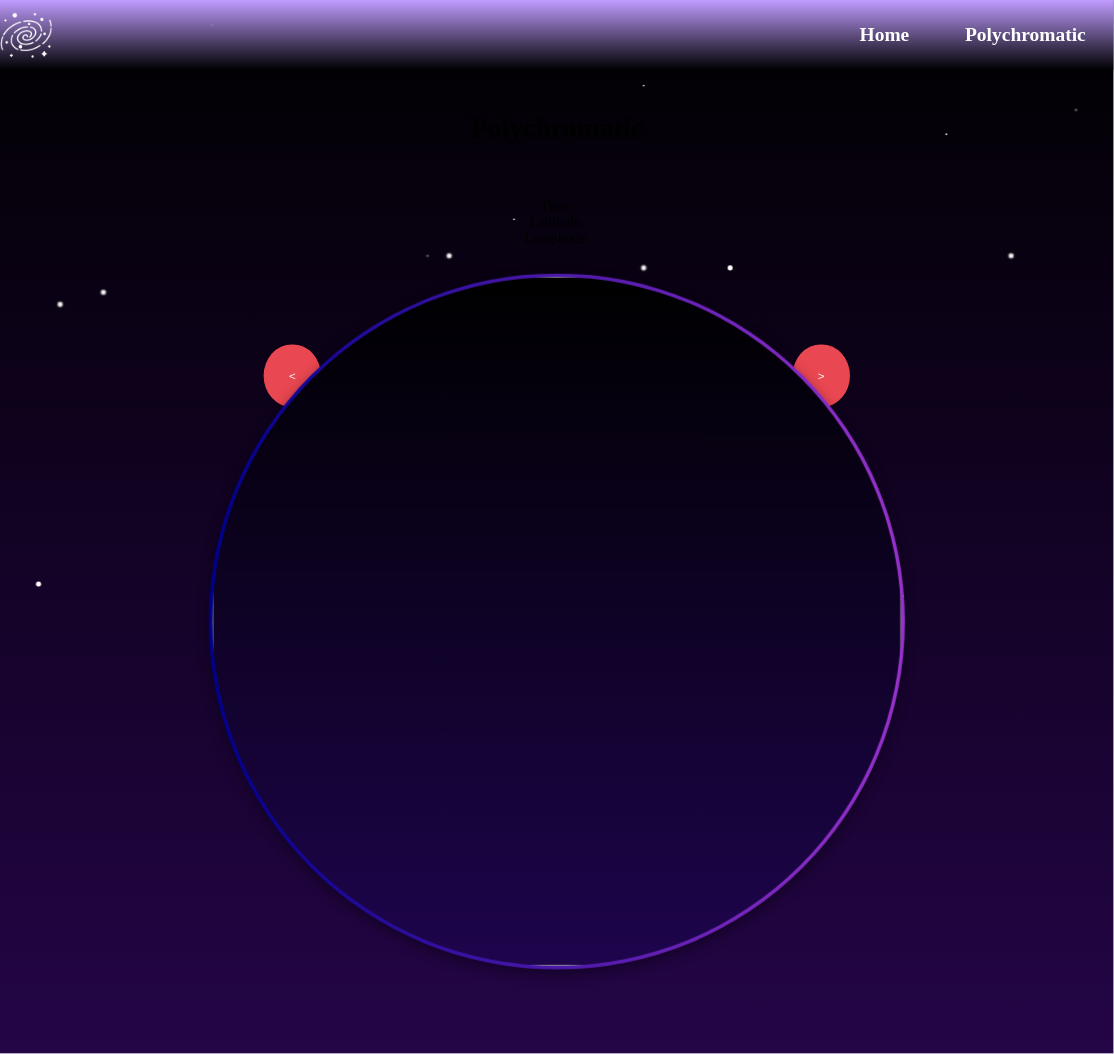
Repository: KayceeNguyen/DAI_W07_NASA
Page: /polychromatic
The author's editor kept a copy of each file at every save. The page is drawn from the files as they stood at one save, then again after the next save.
The browser window is 1280 px wide. The pictures show the whole page, at 87% of full size.
The page's requests for data from a server got no answer. The project was rebuilt for these pictures with package versions that can differ from the ones it lists, and the page was loaded fresh each time. The framework's server and built-in components were replaced by stand-ins that run in the browser. No one was signed in, and anything a server would have sent is missing. Also part of the build but not shown: next.config.js.

Above is the page before, as saved 2023-02-17 01:35:08.

### pages/polychromatic.js
import { useEffect, useState } from "react"
import axios from "axios";
import Image from "next/image";
import styles from '@/styles/Home.module.css'
import HeaderBar from '@/comps/header'
import Galaxy from '@/comps/galaxy'
import Head from 'next/head'

export default function Polychromatic() {

    const [image, setImage] = useState([]);
    const [images, setImages] = useState([]);
    const [time, setTime] = useState([]);
    const [date, setDate] = useState('');
    const [coords, setCoords] = useState({})

    const [active, setActive] = useState(false);

    const [currentIndex, setCurrentIndex] = useState(0);

    const apiKey = "qO706hvtrjKPLwTwuCZ9XYxHnUPvhtQHSM6Ncmu8";
    const url = `https://epic.gsfc.nasa.gov/api/natural?api_key=${apiKey}`

    const getPolychromaticData = async () => {
        const res = await axios.get(url);
        const data = await res.data;
        console.log(data)

        const caption = data[currentIndex].caption;
        const date = data[currentIndex].date.split(" ")[0];


        const date_formatted = date.replaceAll("-","/")
        console.log(date_formatted);

        let times = [];
        let images = [];

    for (let i = 0; i < data.length; i++) {
    let time = data[i].date.split(" ")[1];
    let coords = data[i].centroid_coordinates;
    let imagePath = data[i].image;
    let image = `https://epic.gsfc.nasa.gov/archive/natural/${date_formatted}/png/${imagePath}.png`;

    times.push(time);

    images.push({
        image: image,
        time: time,
        coords: coords,
        caption: caption
    });
}

    setImages(images);
    setTime(times[0]);
    setCoords([images[0].coords.lat, images[0].coords.lon]);
    setImage(images[currentIndex]);

}

    useEffect(() => {
        getPolychromaticData();
    }, [currentIndex]);

    const nextImage = () => {
        setCurrentIndex((currentIndex + 1) % images.length);
    };

    const prevImage = () => {
        setCurrentIndex(
          currentIndex === 0 ? images.length - 1 : currentIndex - 1
        );
    };

    const handleImageLoad = () => {
        setActive(true);
      }

    return(
        <>

        <Head>
          <title>NASA TechPort & EPIC API</title>
          <meta name="description" content="The website showcases NASA's technologies using the TechPort and PIC API and offers daily full disc imagery of the Earth and unique astronomical events. Users can discover the technologies NASA is developing in propulsion, nanotechnology, robotics, and human health while enjoying stunning images of the universe." />
          <meta name="viewport" content="width=device-width, initial-scale=1" />
          <link rel="icon" href="/galaxy.png" />
        </Head>

            <HeaderBar />

            <Galaxy />



            <main className={styles.main}>
                <h1>Polychromatic</h1>
                <div className={styles.arrowContainer}>
                        <button className={styles.arrow} onClick={prevImage}>
                            &lt;
                        </button>
                        <button className={styles.arrow} onClick={nextImage}>
                            &gt;
                        </button>
                    </div>
                <div className={styles.bigEarthContainer}>
                    <div className={styles.bigEarthText}>
                        <div>Time: {image.time}</div>
                        <div>Latiitude: {coords[0]}</div>
                        <div>Longtitude: {coords[1]}</div>
                    </div>

                    <Image
                        src={image.image}
                        alt={image.caption}
                        width={800}
                        height={800}
                        className={`${styles.earthImage} ${active ? styles.active : ''}`}
                        onLoad={handleImageLoad}

                    />

                    {/* <div onClick={nextImage} className={styles.arrow}>
                        {">"}
                    </div> */}

                </div>




                {/* <table>
                    <thead>
                        <tr>
                            <th>Time</th>
                            <th>Latitude</th>
                            <th>Longtitude</th>
                            <th>Image</th>
                            <th></th>
                        </tr>
                    </thead>

                    <tbody>
                        {
                            images.map((e, i) => {
                                return (
                                    <tr key={i}>
                                        <td>{e.time}</td>
                                        <td>{e.coords.lat}</td>
                                        <td>{e.coords.lon}</td>
                                        <td>
                                            <Image
                                                src={e.image}
                                                alt={i}
                                                width={200}
                                                height={200}
                                            />
                                        </td>

                                        <td>
                                            <button onClick={() => {
                                                setImage(e.image)
                                                setTime(e.time)
                                                setCoords([e.coords.lat, e.coords.lon])
                                                console.log(image[i].image)
                                                document.body.scrollIntoView();

                                            }}>View</button>
                                        </td>
                                    </tr>
                                )
                            })
                        }
                    </tbody>
                </table> */}
            </main>
        </>
    )
}

### styles/Home.module.css
.main {
  display: flex;
  flex-direction: column;
  justify-content: space-between;
  align-items: center;
  padding: 6rem;
  min-height: 100vh;
  background: linear-gradient(180deg, rgb(0, 0, 0) 0%, rgb(36, 5, 71) 100%);
  animation: Gradient 10s ease infinite; /* Animate the gradient */
  -webkit-animation: Gradient 8s ease infinite;
	-moz-animation: Gradient 8s ease infinite;
}

@-webkit-keyframes Gradient {
  0%{background-position:0% 50%}
  50%{background-position:100% 50%}
  100%{background-position:0% 50%}
}
@-moz-keyframes Gradient {
  0%{background-position:0% 50%}
  50%{background-position:100% 50%}
  100%{background-position:0% 50%}
}
@keyframes Gradient {
  0%{background-position:0% 50%}
  50%{background-position:100% 50%}
  100%{background-position:0% 50%}
}

.description {
  display: inherit;
  justify-content: inherit;
  align-items: inherit;
  font-size: 0.85rem;
  max-width: var(--max-width);
  width: 100%;
  z-index: 2;
  font-family: var(--font-mono);
}

.description a {
  display: flex;
  justify-content: center;
  align-items: center;
  gap: 0.5rem;
}

.description p {
  position: relative;
  margin: 0;
  padding: 1rem;
  background-color: rgba(var(--callout-rgb), 0.5);
  border: 1px solid rgba(var(--callout-border-rgb), 0.3);
  border-radius: var(--border-radius);
}

.code {
  font-weight: 700;
  font-family: var(--font-mono);
}

.grid {
  display: grid;
  grid-template-columns: repeat(4, minmax(25%, auto));
  width: var(--max-width);
  max-width: 100%;
}

.card {
  padding: 1rem 1.2rem;
  border-radius: var(--border-radius);
  background: rgba(var(--card-rgb), 0);
  border: 1px solid rgba(var(--card-border-rgb), 0);
  transition: background 200ms, border 200ms;
}

.card span {
  display: inline-block;
  transition: transform 200ms;
}

.card h2 {
  font-weight: 600;
  margin-bottom: 0.7rem;
}

.card p {
  margin: 0;
  opacity: 0.6;
  font-size: 0.9rem;
  line-height: 1.5;
  max-width: 30ch;
}

.center {
  display: flex;
  justify-content: center;
  align-items: center;
  position: relative;
  padding: 4rem 0;
}

.center::before {
  background: var(--secondary-glow);
  border-radius: 50%;
  width: 480px;
  height: 360px;
  margin-left: -400px;
}

.center::after {
  background: var(--primary-glow);
  width: 240px;
  height: 180px;
  z-index: -1;
}

.center::before,
.center::after {
  content: '';
  left: 50%;
  position: absolute;
  filter: blur(45px);
  transform: translateZ(0);
}

.logo,
.thirteen {
  position: relative;
}

.thirteen {
  display: flex;
  justify-content: center;
  align-items: center;
  width: 75px;
  height: 75px;
  padding: 25px 10px;
  margin-left: 16px;
  transform: translateZ(0);
  border-radius: var(--border-radius);
  overflow: hidden;
  box-shadow: 0px 2px 8px -1px #0000001a;
}

.thirteen::before,
.thirteen::after {
  content: '';
  position: absolute;
  z-index: -1;
}

/* Conic Gradient Animation */
.thirteen::before {
  animation: 6s rotate linear infinite;
  width: 200%;
  height: 200%;
  background: var(--tile-border);
}

/* Inner Square */
.thirteen::after {
  inset: 0;
  padding: 1px;
  border-radius: var(--border-radius);
  background: linear-gradient(
    to bottom right,
    rgba(var(--tile-start-rgb), 1),
    rgba(var(--tile-end-rgb), 1)
  );
  background-clip: content-box;
}

/* Enable hover only on non-touch devices */
@media (hover: hover) and (pointer: fine) {
  .card:hover {
    background: rgba(var(--card-rgb), 0.1);
    border: 1px solid rgba(var(--card-border-rgb), 0.15);
  }

  .card:hover span {
    transform: translateX(4px);
  }
}

@media (prefers-reduced-motion) {
  .thirteen::before {
    animation: none;
  }

  .card:hover span {
    transform: none;
  }
}

/* Mobile */
@media (max-width: 700px) {
  .content {
    padding: 4rem;
  }

  .grid {
    grid-template-columns: 1fr;
    margin-bottom: 120px;
    max-width: 320px;
    text-align: center;
  }

  .card {
    padding: 1rem 2.5rem;
  }

  .card h2 {
    margin-bottom: 0.5rem;
  }

  .center {
    padding: 8rem 0 6rem;
  }

  .center::before {
    transform: none;
    height: 300px;
  }

  .description {
    font-size: 0.8rem;
  }

  .description a {
    padding: 1rem;
  }

  .description p,
  .description div {
    display: flex;
    justify-content: center;
    position: fixed;
    width: 100%;
  }

  .description p {
    align-items: center;
    inset: 0 0 auto;
    padding: 2rem 1rem 1.4rem;
    border-radius: 0;
    border: none;
    border-bottom: 1px solid rgba(var(--callout-border-rgb), 0.25);
    background: linear-gradient(
      to bottom,
      rgba(var(--background-start-rgb), 1),
      rgba(var(--callout-rgb), 0.5)
    );
    background-clip: padding-box;
    backdrop-filter: blur(24px);
  }

  .description div {
    align-items: flex-end;
    pointer-events: none;
    inset: auto 0 0;
    padding: 2rem;
    height: 200px;
    background: linear-gradient(
      to bottom,
      transparent 0%,
      rgb(var(--background-end-rgb)) 40%
    );
    z-index: 1;
  }
}

/* Tablet and Smaller Desktop */
@media (min-width: 701px) and (max-width: 1120px) {
  .grid {
    grid-template-columns: repeat(2, 50%);
  }
}

@media (prefers-color-scheme: dark) {
  .vercelLogo {
    filter: invert(1);
  }

  .logo,
  .thirteen img {
    filter: invert(1) drop-shadow(0 0 0.3rem #ffffff70);
  }
}

@keyframes rotate {
  from {
    transform: rotate(360deg);
  }
  to {
    transform: rotate(0deg);
  }
}






/**************** HEADER STYLING ****************/



.header {
  position: fixed;
  z-index: 1;
  width: 100vw;
  display: flex;
  justify-content: center;
  align-items: center;
  height: 5rem;
  background: linear-gradient(180deg, rgb(191, 156, 255) 0%, rgba(0, 0, 0, 0.5) 100%);
  box-shadow: 0 2px 4px rgba(0, 0, 0, 0.1);
}

.headerIcon {
  filter: brightness(0) invert(1);
}

.nav {
  display: flex;
  justify-content: space-between;
  align-items: center;
  width: 100%;
  max-width: 80rem;
}

.navList {
  display: flex;
  list-style: none;
  margin: 0;
  padding: 0;
}

.navItem {
  margin-right: 2rem;
  margin-left: 2em;
}

/* .navItem > a > div.navLink:active {
  text-decoration: underline;
} */

.navLink {
  font-size: 1.4rem;
  font-weight: 600;
  color: #ffffff;
  text-decoration: none;
  transition: color 0.2s;
}

.navLink:hover {
  color: #fff644;
}




/**************** MAIN STYLING ****************/




.main {
  display: flex;
  flex-direction: column;
  justify-content: center;
  align-items: center;
  justify-items: center;
}




.main > h1 {
  padding: 1em 2em 2em 2em;
}

.bigCont {
  text-align: center;
}


/**************** CAROUSEL STYLING ****************/


.carousel {
  display: flex;
  justify-content: center;
  align-items: center;
  width: 100%;
  max-width: 800px;
  margin: 0 auto;
}

.carouselArrow {
  font-size: 2rem;
  color: rgb(255, 255, 255);
  cursor: pointer;
  background-color:transparent;
  border: 2px solid rgb(255, 255, 255, 1);
  width: 50px;
  height: 50px;
  border-radius: 50%;
  display: inline-flex;
  align-items: center;
  justify-content: center;
}

.carouselArrow:hover {
  color: rgb(31, 0, 54);
  box-shadow: 0 4px 6px rgba(255, 255, 255, 0.6);
  background-color:rgba(255, 255, 255, 0.8) ;
  transition: all 0.2s ease;
}

.carouselArrow:hover:after {
  left: 0;
  width: 100%;
}

.carouselArrow:active {
  top: 20px;
}

.carouselImageContainer {
  margin: 0 2rem;
  width: 400px;
  height: 400px;
  position: relative;
}

.carouselImageContainer img {
  position: absolute;
  top: 0;
  left: 0;
  width: 100%;
  height: 100%;
  object-fit: contain;
}

.imageCont {
  position: absolute;
  top: 0;
  opacity: 0.4;
  width: 100%;
  height: 100%;
  transition: opacity 1.5s ease;
}

.imageCont.active {
  opacity: 1;
}


/* @keyframes slide {
  100% { left: 0; }
}

@keyframes slide-in {
  100% { transform: translateX(0%); }
}

@-webkit-keyframes slide-in {
  100% { -webkit-transform: translateX(0%); }
}

@keyframes slide-out {
  0% { transform: translateX(0%); }
  100% { transform: translateX(-100%); }
}

@-webkit-keyframes slide-out {
  0% { -webkit-transform: translateX(0%); }
  100% { -webkit-transform: translateX(-100%); }
} */


/**************** GALAXY BG STYLING ****************/




.galaxyCont {
  width: 100vw;
  height: 100%;
  display: flex;
  justify-content: center;
  align-items: center;
}


.galaxy {

  position: fixed;
  height: 1px;
  width: 1px;
  background-color: #fff;
  border-radius: 50%;
  box-shadow: -42vw -4vh 0px 0px #fff,25vw -41vh 0px 0px #fff,-20vw 49vh 0px 1px #fff,5vw 40vh 1px 1px #fff,29vw 19vh 1px 0px #fff,-44vw -13vh 0px 0px #fff,46vw 41vh 0px 1px #fff,-3vw -45vh 0px 1px #fff,47vw 35vh 1px 0px #fff,12vw -8vh 1px 0px #fff,-34vw 48vh 1px 1px #fff,32vw 26vh 1px 1px #fff,32vw -41vh 1px 1px #fff,0vw 37vh 1px 1px #fff,34vw -26vh 1px 0px #fff,-14vw -49vh 1px 0px #fff,-12vw 45vh 0px 1px #fff,-44vw -33vh 0px 1px #fff,-13vw 41vh 0px 0px #fff,-36vw -11vh 0px 1px #fff,-23vw -24vh 1px 0px #fff,-38vw -27vh 0px 1px #fff,16vw -19vh 0px 0px #fff,28vw 33vh 1px 0px #fff,-49vw -4vh 0px 0px #fff,16vw 32vh 0px 1px #fff,36vw -18vh 1px 0px #fff,-25vw -30vh 1px 0px #fff,-23vw 24vh 0px 1px #fff,-2vw -35vh 1px 1px #fff,-25vw 9vh 0px 0px #fff,-15vw -34vh 0px 0px #fff,-8vw -19vh 1px 0px #fff,-20vw -20vh 1px 1px #fff,42vw 50vh 0px 1px #fff,-32vw 10vh 1px 0px #fff,-23vw -17vh 0px 0px #fff,44vw 15vh 1px 0px #fff,-40vw 33vh 1px 1px #fff,-43vw 8vh 0px 0px #fff,-48vw -15vh 1px 1px #fff,-24vw 17vh 0px 0px #fff,-31vw 50vh 1px 0px #fff,36vw -38vh 0px 1px #fff,-7vw 48vh 0px 0px #fff,15vw -32vh 0px 0px #fff,29vw -41vh 0px 0px #fff,2vw 37vh 1px 0px #fff,7vw -40vh 1px 1px #fff,15vw 18vh 0px 0px #fff,25vw -13vh 1px 1px #fff,-46vw -12vh 1px 1px #fff,-18vw 22vh 0px 0px #fff,23vw -9vh 1px 0px #fff,50vw 12vh 0px 1px #fff,45vw 2vh 0px 0px #fff,14vw -48vh 1px 0px #fff,23vw 43vh 0px 1px #fff,-40vw 16vh 1px 1px #fff,20vw -31vh 0px 1px #fff,-17vw 44vh 1px 1px #fff,18vw -45vh 0px 0px #fff,33vw -6vh 0px 0px #fff,0vw 7vh 0px 1px #fff,-10vw -18vh 0px 1px #fff,-19vw 5vh 1px 0px #fff,1vw 42vh 0px 0px #fff,22vw 48vh 0px 1px #fff,39vw -8vh 1px 1px #fff,-6vw -42vh 1px 0px #fff,-47vw 34vh 0px 0px #fff,-46vw 19vh 0px 1px #fff,-12vw -32vh 0px 0px #fff,-45vw -38vh 0px 1px #fff,-28vw 18vh 1px 0px #fff,-38vw -46vh 1px 1px #fff,49vw -6vh 1px 1px #fff,-28vw 18vh 1px 1px #fff,10vw -24vh 0px 1px #fff,-5vw -11vh 1px 1px #fff,33vw -8vh 1px 0px #fff,-16vw 17vh 0px 0px #fff,18vw 27vh 0px 1px #fff,-8vw -10vh 1px 1px #fff;

/* stars were too big with the layers above but left the code in case no one cares  -- as in, if noone's just that  one other loner who actually cares    */

  box-shadow: 24vw 9vh 1px 0px #fff,12vw -24vh 0px 1px #fff,-45vw -22vh 0px 0px #fff,-37vw -40vh 0px 1px #fff,29vw 19vh 0px 1px #fff,4vw -8vh 0px 1px #fff,-5vw 21vh 1px 1px #fff,-27vw 26vh 1px 1px #fff,-47vw -3vh 1px 1px #fff,-28vw -30vh 0px 1px #fff,-43vw -27vh 0px 1px #fff,4vw 22vh 1px 1px #fff,36vw 23vh 0px 0px #fff,-21vw 24vh 1px 1px #fff,-16vw 2vh 1px 0px #fff,-16vw -6vh 0px 0px #fff,5vw 26vh 0px 0px #fff,-34vw 41vh 0px 0px #fff,1vw 42vh 1px 1px #fff,11vw -13vh 1px 1px #fff,48vw -8vh 1px 0px #fff,22vw -15vh 0px 0px #fff,45vw 49vh 0px 0px #fff,43vw -27vh 1px 1px #fff,20vw -2vh 0px 0px #fff,8vw 22vh 0px 1px #fff,39vw 48vh 1px 1px #fff,-21vw -11vh 0px 1px #fff,-40vw 45vh 0px 1px #fff,11vw -30vh 1px 0px #fff,26vw 30vh 1px 0px #fff,45vw -29vh 0px 1px #fff,-2vw 18vh 0px 0px #fff,-29vw -45vh 1px 0px #fff,-7vw -27vh 1px 1px #fff,42vw 24vh 0px 0px #fff,45vw -48vh 1px 0px #fff,-36vw -18vh 0px 0px #fff,-44vw 13vh 0px 1px #fff,36vw 16vh 0px 1px #fff,40vw 24vh 0px 0px #fff,18vw 11vh 0px 0px #fff,-15vw -23vh 1px 0px #fff,-24vw 48vh 0px 1px #fff,27vw -45vh 1px 0px #fff,-2vw -24vh 0px 1px #fff,-15vw -28vh 0px 0px #fff,-43vw 13vh 1px 0px #fff,7vw 27vh 1px 0px #fff,47vw 5vh 0px 0px #fff,-45vw 15vh 1px 1px #fff,-5vw -28vh 0px 1px #fff,38vw 25vh 1px 1px #fff,-39vw -1vh 1px 0px #fff,5vw 0vh 1px 0px #fff,49vw 13vh 0px 0px #fff,48vw 10vh 0px 1px #fff,19vw -28vh 0px 0px #fff,4vw 7vh 0px 0px #fff,21vw 21vh 1px 1px #fff,-15vw -15vh 0px 1px #fff,-6vw -42vh 1px 0px #fff,-15vw 48vh 1px 1px #fff,-23vw 25vh 1px 1px #fff,-48vw 25vh 0px 1px #fff,-31vw -19vh 0px 1px #fff,4vw 37vh 1px 1px #fff,-43vw 28vh 0px 0px #fff,3vw -25vh 0px 1px #fff,-39vw 14vh 0px 1px #fff,-40vw 31vh 0px 1px #fff,35vw -36vh 1px 1px #fff,16vw 49vh 0px 0px #fff,6vw 39vh 0px 0px #fff,3vw -35vh 0px 1px #fff,-44vw -2vh 1px 0px #fff,-6vw 21vh 1px 0px #fff,48vw 9vh 1px 1px #fff,-43vw 30vh 1px 1px #fff,29vw -12vh 1px 1px #fff,-48vw 13vh 1px 0px #fff,-42vw 32vh 1px 1px #fff,34vw 15vh 1px 1px #fff,29vw -37vh 1px 1px #fff,28vw 2vh 0px 0px #fff;
  animation: zoom 8s alternate infinite, blink-animation 2s steps(5, start) infinite;
}

@keyframes zoom {
    0%{
        transform: scale(1);
    }
    100%{
        transform: scale(2);
    }
}

@keyframes blink-animation {
  to {
    visibility: hidden;
  }
}
@-webkit-keyframes blink-animation {
  to {
    visibility: hidden;
  }
}




/**************** GALAXY BG STYLING ****************/


.bigEarthText {
  display: flex;
  flex-direction: column;
  align-items: center;
}









/* styles for the spinning animation */
@keyframes spin {
  from {
    transform: rotateY(0deg);
    opacity: 1;
  }
  to {
    transform: rotateY(360deg);
    opacity: 1;
  }
}


/* styles for the main section with the big Earth image */
.bigEarthContainer {
  display: flex;
  flex-direction: column;
  align-items: center;
  justify-content: center;
  position: relative;
}

/* styles for the previous/next arrow buttons */
.arrowContainer {
  position: absolute;
  top: 60%;
  transform: translateY(-50%);
  display: flex;
  justify-content: space-between;
  width: 100%;
  padding: 2rem;
  box-sizing: border-box;
}

.arrow {
  padding: 2em;
  z-index: 1;
  background-color:#E94751;
  color:#fff;
  border-radius:50%;
  margin: auto;
  border:2px solid #E94751;
  cursor: pointer;
  visibility: visible;
}

.arrow:hover {
  transform:scale(1.05);
  background-color:transparent;
  color:#E94751;
  border:2px solid #E94751;
}



.earthImage {
  width: 800px;
  height: 800px;
  object-fit: cover;

  /* opacity: 0.4; */
  /* animation: spin 10s ease-in-out; */
  /* opacity: 0; */

  border-radius: 50%;
  background: linear-gradient(rgb(0, 0, 0), rgb(30, 5, 77)) padding-box,
              linear-gradient(to right, darkblue, darkorchid) border-box;
  border: 4px solid transparent;
  /* transition: opacity 4s ease; */

  animation: float 6s ease-in-out infinite;
}

@keyframes float {
	0% {
		box-shadow: 0 5px 15px 0px rgba(0,0,0,0.4);
		transform: translatey(0px);
	}
  50% {
		box-shadow: 0 25px 15px 0px rgba(0,0,0,0.1);
		transform: translatey(-20px);
	}
  100% {
		box-shadow: 0 5px 15px 0px rgba(0,0,0,0.4);
		transform: translatey(0px);
	}
}

/* styles for the image that shows the Earth */
.earthImage.active {
    opacity: 1;
}


/* @keyframes opacity {
  from {
    opacity: 0.5;
  }
  to {
    opacity: 1;
  }
} */

.bigEarthText {
  padding-bottom: 2em;
}

### comps/header.js
import Link from 'next/link';
import styles from '@/styles/Home.module.css';

const HeaderBar = () => {
  return (
    <header className={styles.header}>
      <nav className={styles.nav}>
      <img
        className={styles.headerIcon}
        src="/galaxy-header.png"
        width="60px"
        onClick={
            ()=>r.push("/")}
        />
        <ul className={styles.navList}>
          <li className={styles.navItem}>
            <a href="/">
              <div className={styles.navLink}>Home</div>
            </a>
          </li>
          <li className={styles.navItem}>
            <a href="/polychromatic">
              <div className={styles.navLink}>Polychromatic</div>
            </a>
          </li>
        </ul>
      </nav>
    </header>
  );
};

export default HeaderBar;

### comps/galaxy.js
import styles from '@/styles/Home.module.css'

export default function Galaxy() {
    return (
        <div className={styles.galaxyCont}>
            <div className={styles.galaxy}></div>
        </div>
    )
}

Loaded but not shown: pages/_app.js (common file); pages/_document.js (common file); styles/globals.css (common file)

After the next save:
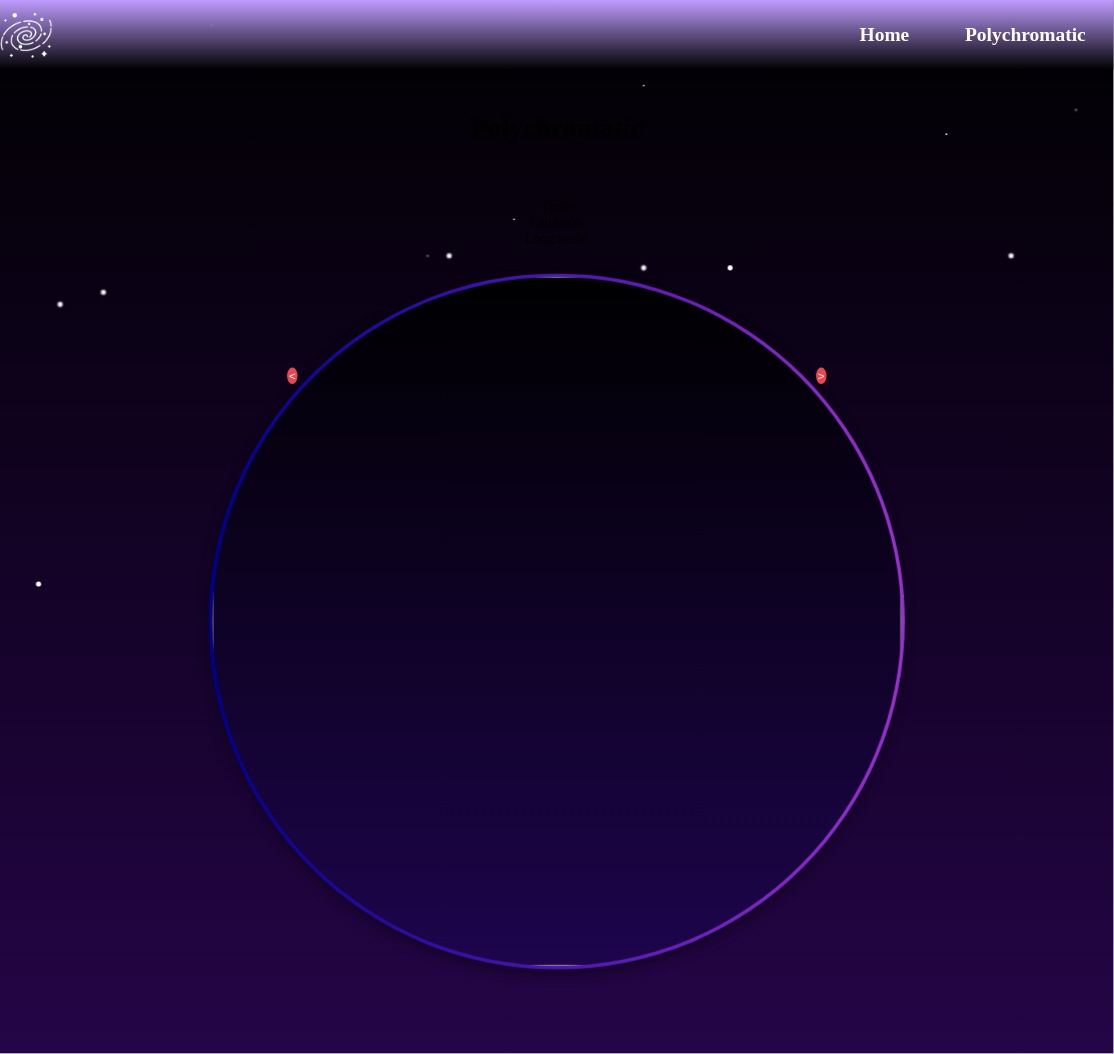
Saved 6 s later.
--- a/styles/Home.module.css
+++ b/styles/Home.module.css
@@ -585,7 +585,6 @@
 }
 
 .arrow {
-  padding: 2em;
   z-index: 1;
   background-color:#E94751;
   color:#fff;
